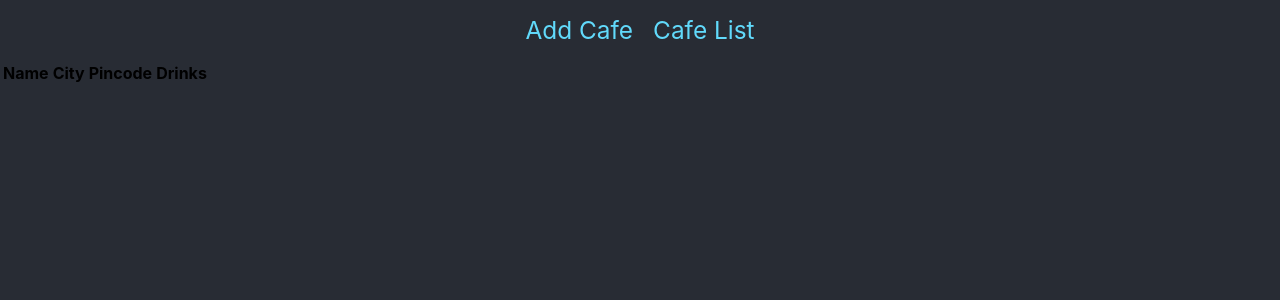
Repository: Surojd/project-cafe
Page: /cafes
These files come from the project's save history. The page is drawn as it stood at one moment and after the next save; the edit follows.
The browser window is 1280 px wide. The pictures show the whole page.
The page's requests for data from a server got no answer. The project was rebuilt for these pictures with package versions that can differ from the ones it lists, and the page was loaded fresh each time. No one was signed in, and anything a server would have sent is missing. Also part of the build but not shown: src/cafe/AddCafe.js.

Above is the page before, as saved 2021-09-01 13:26:07.

After the next save:
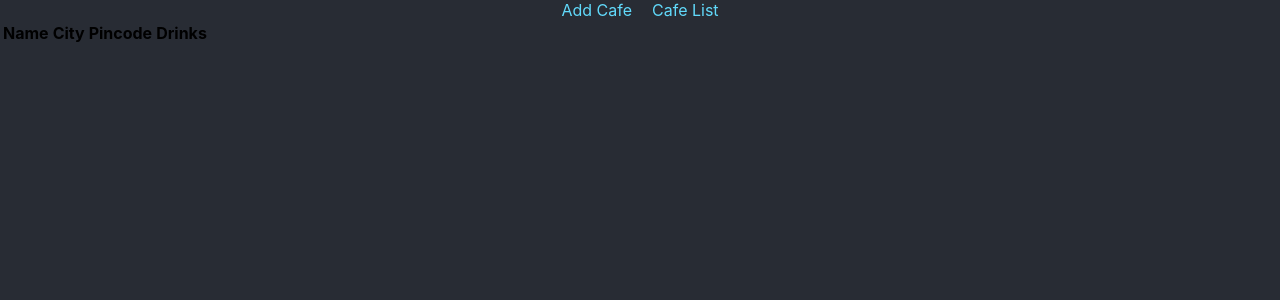
Saved 2 min 35 s later.
--- a/src/App.js
+++ b/src/App.js
@@ -9,7 +9,7 @@ const routes = [
 function App() {
   return (
     <div className="App">
-      <header className="App-header">
+      <header className="topnav">
         <Link className="App-link" to="/add-cafe">Add Cafe</Link>
         <Link className="App-link" to="/cafes">Cafe List</Link>
       </header>
